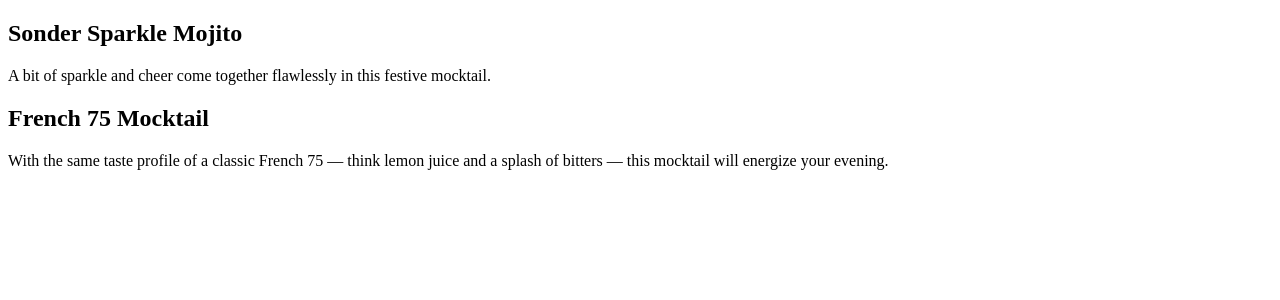
Repository: Flatbook/sliced_bread
Page: http://localhost/
The author's editor kept a copy of each file at every save. The page is drawn from the files as they stood at one save, then again after the next save.
The browser window is 1280 px wide. The pictures show the whole page.
The page is served by the project's application, run on Flask 3 (app.py).

Above is the page before, as saved 2021-05-15 18:44:13.

### flask_project/templates/home.html
<!DOCTYPE html>
<html lang="en">
<head>
    <meta charset="UTF-8">
    <meta http-equiv="X-UA-Compatible" content="IE=edge">
    <meta name="viewport" content="width=device-width, initial-scale=1.0">
    <title>Greatest Beverage </title>
</head>
<body>

    {% for drink in drinks %}
        <h2>{{drink.title}}</h2>
        <p>{{drink.description}}</p>
    {% endfor %}
</body>

</body>
</html>

### flask_project/app.py
from flask import Flask, render_template

app = Flask(__name__)

drinks =[{
    'title' : 'Sonder Sparkle Mojito',
    'description': 'A bit of sparkle and cheer come together flawlessly in this festive mocktail.'

},
{
    'title': 'French 75 Mocktail',
    'description': 'With the same taste profile of a classic French 75 — think lemon juice and a splash of bitters — this mocktail will energize your evening.'
}
]

@app.route("/")
def hello_world():
    return render_template('home.html',drinks=drinks)

@app.route("/form")
def form():
    return render_template('form.html')
if __name__ == '__main__':
    app.run(debug=True)

After the next save:
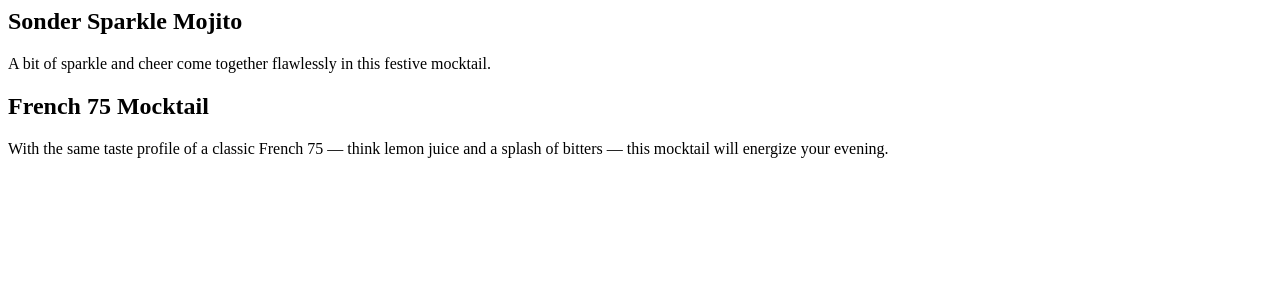
Saved 46 s later.
--- a/flask_project/templates/home.html
+++ b/flask_project/templates/home.html
@@ -1,18 +1,5 @@
-<!DOCTYPE html>
-<html lang="en">
-<head>
-    <meta charset="UTF-8">
-    <meta http-equiv="X-UA-Compatible" content="IE=edge">
-    <meta name="viewport" content="width=device-width, initial-scale=1.0">
-    <title>Greatest Beverage </title>
-</head>
-<body>
 
     {% for drink in drinks %}
         <h2>{{drink.title}}</h2>
         <p>{{drink.description}}</p>
     {% endfor %}
-</body>
-
-</body>
-</html>
